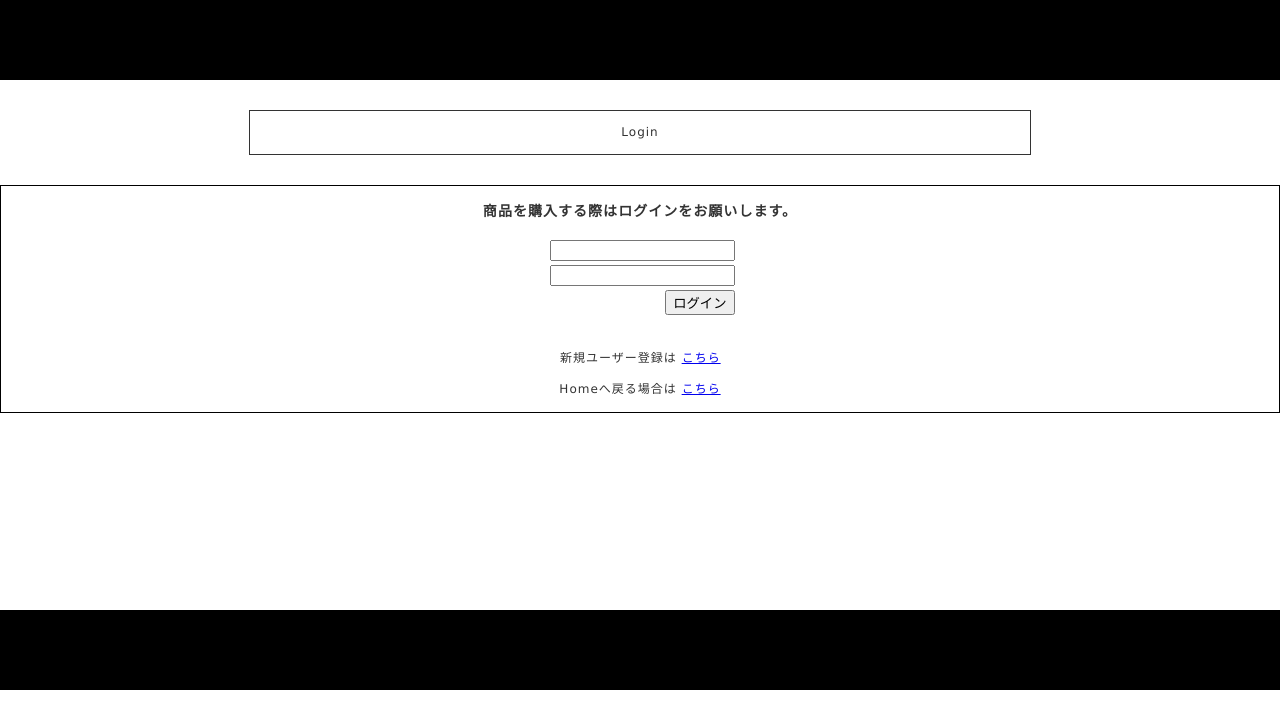
Repository: xiezom/test
Page: http://localhost/ecsite/HomeAction.action
These files come from the project's save history. The page is drawn as it stood at one moment and after the next save; the edit follows.
The browser window is 1280 px wide. The pictures show the whole page.
The page is served by Tomcat 9.

Above is the page before, as saved 2019-03-22 03:57:15.

After the next save:
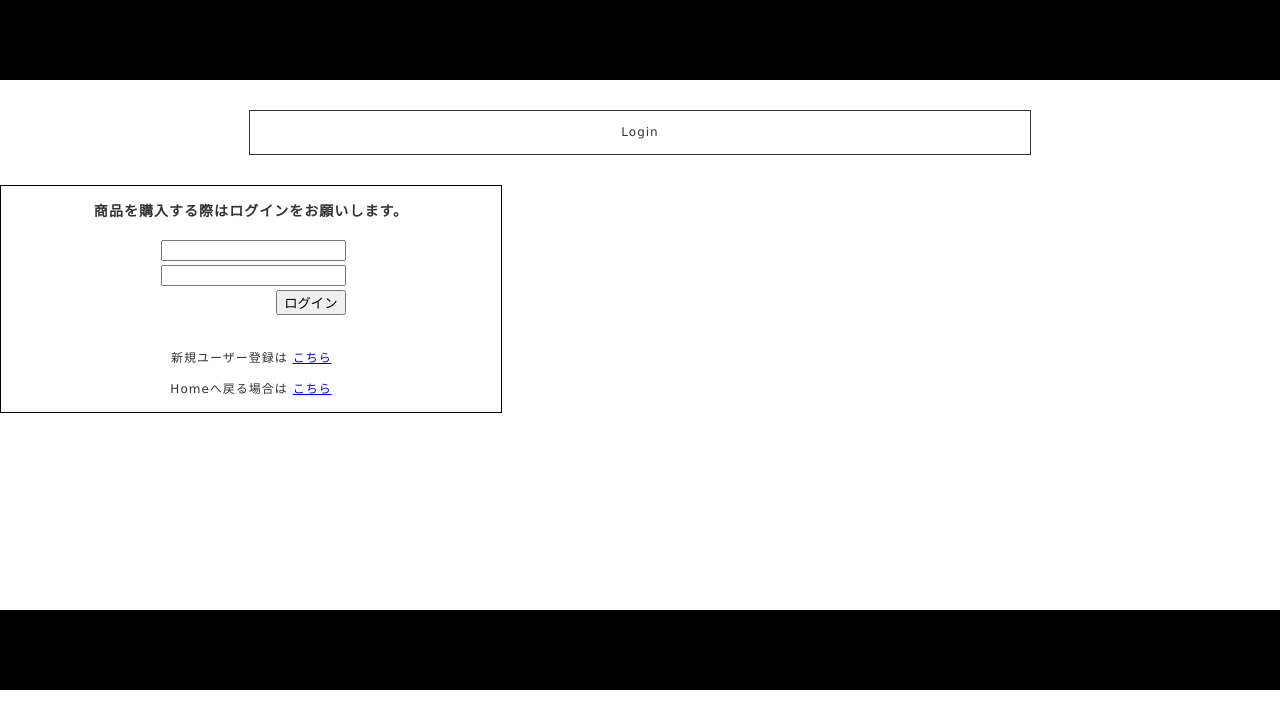
Saved 50 s later.
--- a/ecsite/WebContent/login.jsp
+++ b/ecsite/WebContent/login.jsp
@@ -51,6 +51,7 @@
 		}
 
 		.login-form {
+			width: 500px;
 			border: 1px solid black;
 		}
 
